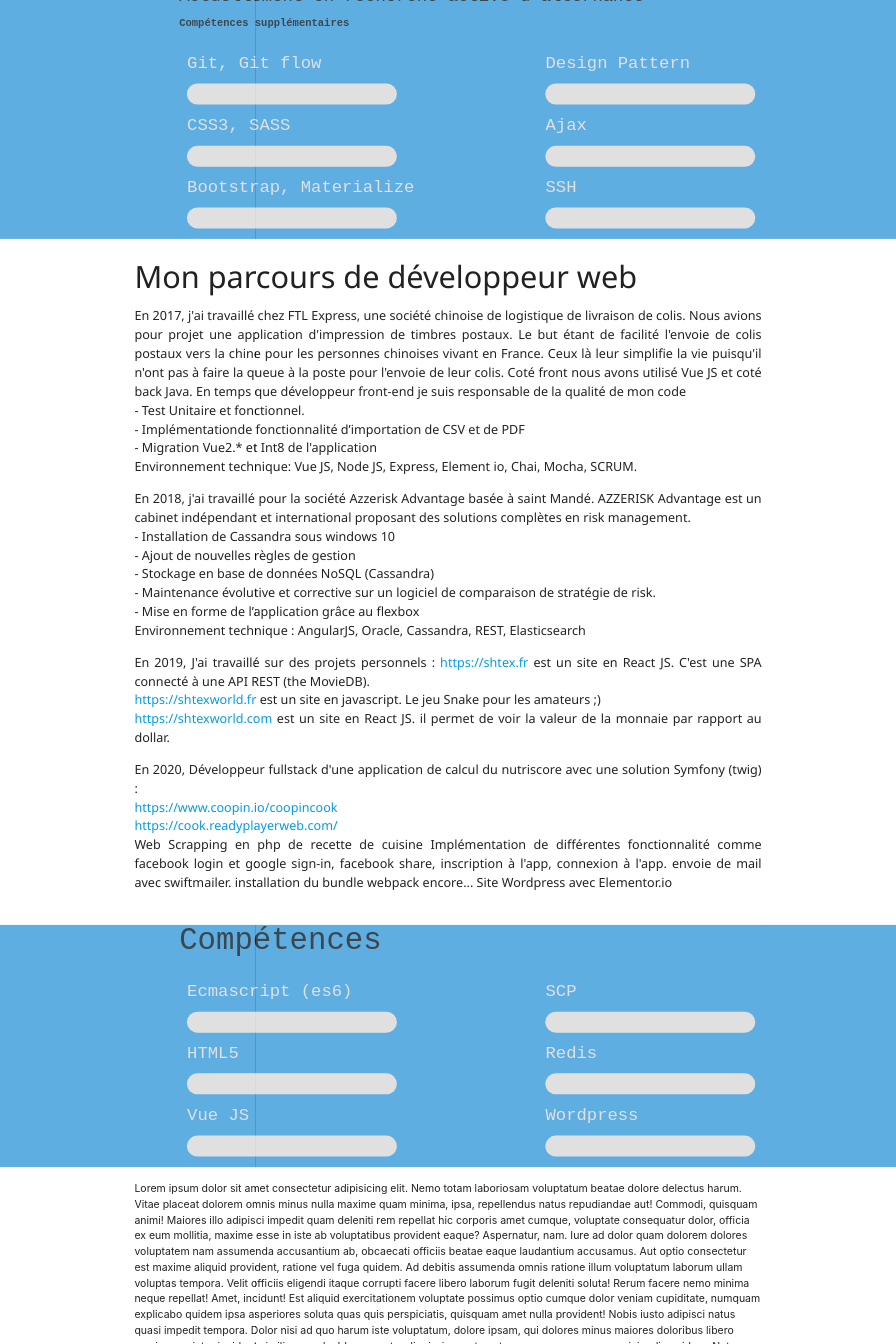
Repository: duncanidaho14/elhad
Page: index.html
These files come from the project's save history. The page is drawn as it stood at one moment and after the next save; the edit follows.
The browser window is 1280 px wide. The pictures show the part of the page from y = 2726 to 4646 px (the page is 5973 px tall), at 70% of full size.

Above is the page before, as saved 2020-10-26 02:23:47.

### index.html
<!DOCTYPE html>
<html lang="fr">
<head>
    <meta charset="UTF-8">
    <meta name="viewport" content="width=device-width, initial-scale=1.0">
    <meta http-equiv="X-UA-Compatible" content="ie=edge">
    <meta name="Description" content="Enter your description here"/>
    <!--Import Google Icon Font-->
    <link href="https://fonts.googleapis.com/icon?family=Material+Icons" rel="stylesheet">
    <!-- Compiled and minified CSS -->
    <link rel="stylesheet" href="https://cdnjs.cloudflare.com/ajax/libs/materialize/1.0.0/css/materialize.min.css">

    <link rel="stylesheet" href="https://cdnjs.cloudflare.com/ajax/libs/font-awesome/5.15.0/css/all.min.css">
    <link rel="stylesheet" href="assets/css/style.css">
    <title>CV Elhadi Beddarem</title>
</head>
<body>


    <header>
        <div class="loader">
            <div class="progress">
                <div class="indeterminate"></div>
            </div>
            <div class="preloader-wrapper big active">
                <div class="spinner-layer spinner-blue-only">
                    <div class="circle-clipper left">
                        <div class="circle"></div>
                    </div>
                    <div class="gap-patch">
                        <div class="circle"></div>
                    </div>
                    <div class="circle-clipper right">
                        <div class="circle"></div>
                    </div>
                </div>
            </div>
            <div class="preloader-wrapper big active">
                <div class="spinner-layer spinner-blue-only">
                    <div class="circle-clipper left">
                        <div class="circle"></div>
                    </div>
                    <div class="gap-patch">
                        <div class="circle"></div>
                    </div>
                    <div class="circle-clipper right">
                        <div class="circle"></div>
                    </div>
                </div>
            </div>
            <div class="pre-loaded">

            </div>
        </div>
        <div class="progress">
            <div class="indeterminate"></div>
        </div>


        <nav>
            <div class="nav-wrapper">
                <a href="#!" class="brand-logo">Logo</a>
                <a href="#" data-target="mobile-demo" class="sidenav-trigger"><i class="material-icons">menu</i></a>
                <ul class="right hide-on-med-and-down">
                    <li><a href="#quisuisje">Qui suis-je ?</a></li>
                    <li><a href="#mestechno">Mes techno</a></li>
                    <li><a href="#parcours">Parcours</a></li>
                    <li><a href="#contact">Contact</a></li>
                </ul>
            </div>
        </nav>

        <ul class="sidenav" id="mobile-demo">
            <li><a href="#quisuisje">Qui suis-je ?</a></li>
            <li><a href="#mestechno">Mes techno</a></li>
            <li><a href="#parcours">Parcours</a></li>
            <li><a href="#contact">Contact</a></li>
        </ul>

        <ul id="slide-out" class="sidenav">
            <li>
                <div class="user-view">
                    <div class="background">
                        <img src="/assets/img/mysql.png" class="circle">
                    </div>
                    <a href="#user"><img class="circle" src="/assets/img/git.png"></a>
                    <a href="#name"><span class="black-text name">Elhadi Beddarem</span></a>
                    <a href="#email"><span class="black-text email">elhadibeddarem@gmail.com</span></a>
                </div>
            </li>
            <li><a href="https://codeintheshell.fr" target="_blank"><i class="material-icons">cloud</i>Autre site : codeintheshell.fr</a></li>
            <li><a href="https://shtex.fr/">Autre site : shtex.fr</a></li>
            <li><a href="http://shtexworld.fr/">Autre site : shtexworld.fr</a></li>
            <li>
                <div class="divider"></div>
            </li>
            <li><a class="subheader">séparateur</a></li>
            <li><a class="waves-effect" href="./assets/img/cvelhadi.pdf" download="cvelhadi">Download CV</a></li>
        </ul>
        <a href="#" data-target="slide-out" class="sidenav-trigger"><i class="material-icons">menu</i></a>
    </header>

    <section class="container-fluid">
        <figure class="row">
            <div class="parallax-container">
                <div class="parallax"><img src="/assets/img/code.jpg"></div>
            </div>
            <div class="section white">
                <div class="row container" id="quisuisje">
                    <h1 class="header">Développeur d'application web et mobile</h1>
                    <p class="grey-text text-darken-3 lighten-3 secondtext">En reconversion professionnelle, autodidacte et passionné.
                        Fort d'une expérience de 4 ans dans le web, j'ai acquis de nombreuses compétences en PHP et JavaScript ...
                    </p>
                    <div class="carousel">
                        <a class="carousel-item" href="#one!"><img src="/assets/img/symfony.png"></a>
                        <a class="carousel-item" href="#two!"><img src="/assets/img/react.png"></a>
                        <a class="carousel-item" href="#three!"><img src="/assets/img/mysql.png"></a>
                        <a class="carousel-item" href="#four!"><img src="/assets/img/git.png"></a>
                        <a class="carousel-item" href="#five!"><img src="/assets/img/javascript.png"></a>
                    </div>
                </div>
            </div>
            <div class="parallax-container">
                <div class="parallax"><img src="/assets/img/code.jpg"></div>
            </div>
        </figure>
    </section>

    <section class="container-fluid section1">
        <article class="row article-progress">
            <div id="mestechno">
                <h2 class="mestechno">Mes Techno</h2>
            </div>
                <div class="col s6">
                    <h5 class="title-five">Symfony</h5>
                    <div class="progress bar up">
                        <div class="determinate symfony" data-done="70">70%</div>
                    </div>
                    <h5 class="title-five">React</h5>
                    <div class="progress bar up">
                        <div class="determinate react" data-done="50">50%</div>
                    </div>
                    <h5 class="title-five">MySQL</h5>
                    <div class="progress bar up">
                        <div class="determinate mysql" data-done="70">70%</div>
                    </div>
                </div>
                <div class="col s6">
                    <h5 class="title-five">PHP</h5>
                    <div class="progress bar up">
                        <div class="determinate php" data-done="70">70%</div>
                    </div>
                    <h5 class="title-five">JavaScript</h5>
                    <div class="progress bar up">
                        <div class="determinate javascript" data-done="70">70%</div>
                    </div>
                    <h5 class="title-five">MongoDB</h5>
                    <div class="progress bar up">
                        <div class="determinate mongodb" data-done="70">70%</div>
                    </div>
                </div>
        </article>
    </section>

    <section class="container citation">
        <article class="row">
            <blockquote>
                <i class="fa fa-quote-left"></i>&nbsp;&nbsp;PME, associations ou particuliers,<br /> je réponds à vos besoins en développement web&nbsp;&nbsp;<i class="fa fa-quote-right"></i>
            </blockquote>
        </article>
    </section>

    <section class="container-fluid section2">
        <article class="row article-progress">
            <h5>Actuellement en recherche active d'alternance</h5>
            <p>Compétences supplémentaires</p>
                <div class="col s6">
                    <h5 class="title-five">Git, Git flow</h5>
                    <div class="progress bar up">
                        <div class="determinate git" data-done="75">75%</div>
                    </div>
                    <h5 class="title-five">CSS3, SASS</h5>
                    <div class="progress bar up">
                        <div class="determinate sass" data-done="70">70%</div>
                    </div>
                    <h5 class="title-five">Bootstrap, Materialize</h5>
                    <div class="progress bar up">
                        <div class="determinate bootstrap" data-done="90">90%</div>
                    </div>
                </div>
                <div class="col s6">
                    <h5 class="title-five">Design Pattern</h5>
                    <div class="progress bar up">
                        <div class="determinate patern" data-done="70">70%</div>
                    </div>
                    <h5 class="title-five">Ajax</h5>
                    <div class="progress bar up">
                        <div class="determinate ajax" data-done="70">70%</div>
                    </div>
                    <h5 class="title-five">SSH</h5>
                    <div class="progress bar up">
                        <div class="determinate ssh" data-done="70">70%</div>
                    </div>
                </div>
        </article>
    </section>
    <section class="container services" id="parcours">
        <article class="row">
            <h3>Mon parcours de développeur web</h3>
            <p>En 2017, j'ai travaillé chez FTL Express, une société chinoise de logistique de livraison de colis.
                Nous avions pour projet une application d'impression de timbres postaux.
                Le but étant de facilité l'envoie de colis postaux vers la chine pour les personnes chinoises vivant en France. Ceux là leur simplifie  la vie puisqu'il n'ont pas
                à faire la queue à la poste pour l'envoie de leur colis.
                Coté front nous avons utilisé Vue JS et coté back Java. En temps que développeur front-end je suis responsable de la qualité de mon code<br>
                - Test Unitaire et fonctionnel.<br>
                - Implémentationde fonctionnalité d’importation de CSV
                et de PDF<br>
                - Migration Vue2.* et Int8 de l'application<br>
                <span>Environnement technique: Vue JS, Node JS, Express,
                Element io, Chai, Mocha, SCRUM.</span>
            </p>

            <p>En 2018, j'ai travaillé pour la société Azzerisk Advantage basée à saint Mandé. AZZERISK Advantage est un cabinet indépendant et international proposant
            des solutions complètes en risk management. <br>
                    -         Installation de Cassandra sous windows 10<br>
                    -         Ajout de nouvelles règles de gestion<br>
                    -         Stockage en base de données NoSQL (Cassandra)<br>
                    -         Maintenance évolutive et corrective sur un logiciel de comparaison de stratégie de risk. <br>
                    -         Mise en forme de l’application grâce au flexbox<br>
                    Environnement technique : AngularJS, Oracle, Cassandra, REST, Elasticsearch
            </p>

            <p>En 2019, J'ai travaillé sur des projets personnels :
                <a href="https://shtex.fr" target="_blank">https://shtex.fr</a> est un site en React JS. C'est une SPA connecté à une API REST (the MovieDB). <br>
                <a href="http://shtexworld.fr" target="_blank">https://shtexworld.fr</a> est un site en javascript. Le jeu Snake pour les amateurs ;)<br>
                <a href="http://shtexworld.com"target="_blank" >https://shtexworld.com</a> est un site en React JS. il permet de voir la valeur de la monnaie par rapport au dollar.<br>
            </p>
            <p>En 2020, Développeur fullstack d'une application de calcul du nutriscore avec une solution Symfony (twig) :
                <br>
                <a href="https://www.coopin.io/coopincook" target="_blank" rel="noopener noreferrer">https://www.coopin.io/coopincook</a>
                <br>
                <a href="https://cook.readyplayerweb.com/" target="_blank" rel="noopener noreferrer">https://cook.readyplayerweb.com/</a>
                <br>
                Web Scrapping en php de recette de cuisine
                Implémentation de différentes fonctionnalité comme
                facebook login et google sign-in, facebook share,
                inscription à l'app, connexion à l'app. envoie de mail avec
                swiftmailer. installation du bundle webpack encore...
                Site Wordpress avec Elementor.io
            </p>
        </article>
    </section>

    <section class="container-fluid section3">
        <article class="row article-progress">
            <h3>Compétences</h3>
            <div class="col s6">
                <h5 class="title-five">Ecmascript (es6)</h5>
                <div class="progress bar up">
                    <div class="determinate ecmascript" data-done="80">80%</div>
                </div>
                <h5 class="title-five">HTML5</h5>
                <div class="progress bar up">
                    <div class="determinate html" data-done="90">90%</div>
                </div>
                <h5 class="title-five">Vue JS</h5>
                <div class="progress bar up">
                    <div class="determinate vue" data-done="50">50%</div>
                </div>
            </div>
            <div class="col s6">
                <h5 class="title-five">SCP</h5>
                <div class="progress bar up">
                    <div class="determinate scp" data-done="70">70%</div>
                </div>
                <h5 class="title-five">Redis</h5>
                <div class="progress bar up">
                    <div class="determinate redis" data-done="50">50%</div>
                </div>
                <h5 class="title-five">Wordpress</h5>
                <div class="progress bar up">
                    <div class="determinate wordpress" data-done="85">85%</div>
                </div>
            </div>
        </article>
    </section>
    <section class="container">
        <article class="row">
            <p>Lorem ipsum dolor sit amet consectetur adipisicing elit. Nemo totam laboriosam voluptatum beatae dolore delectus harum. Vitae placeat dolorem omnis minus nulla maxime quam minima, ipsa, repellendus natus repudiandae aut!
            Commodi, quisquam animi! Maiores illo adipisci impedit quam deleniti rem repellat hic corporis amet cumque, voluptate consequatur dolor, officia ex eum mollitia, maxime esse in iste ab voluptatibus provident eaque?
            Aspernatur, nam. Iure ad dolor quam dolorem dolores voluptatem nam assumenda accusantium ab, obcaecati officiis beatae eaque laudantium accusamus. Aut optio consectetur est maxime aliquid provident, ratione vel fuga quidem.
            Ad debitis assumenda omnis ratione illum voluptatum laborum ullam voluptas tempora. Velit officiis eligendi itaque corrupti facere libero laborum fugit deleniti soluta! Rerum facere nemo minima neque repellat! Amet, incidunt!
            Est aliquid exercitationem voluptate possimus optio cumque dolor veniam cupiditate, numquam explicabo quidem ipsa asperiores soluta quas quis perspiciatis, quisquam amet nulla provident! Nobis iusto adipisci natus quasi impedit tempora.
            Dolor nisi ad quo harum iste voluptatum, dolore ipsam, qui dolores minus maiores doloribus libero maxime pariatur incidunt similique unde. Id aspernatur dignissimos ut nostrum magnam saepe ea reiciendis quidem.
            Natus adipisci dolor voluptates consequuntur suscipit deleniti ducimus ea reprehenderit provident est laboriosam ratione iure quam eum doloribus consectetur tempora, aliquam modi et, sint facere impedit sunt facilis. Deleniti, excepturi!
            Hic, nam fugiat totam facere vel culpa sint possimus, vitae explicabo cumque libero nesciunt quod illum. Commodi est in magnam deleniti eaque nisi id possimus labore, quas voluptas neque animi?
            Fugiat perferendis fugit ea accusamus accusantium vero placeat deserunt ipsam facilis similique iste quidem asperiores amet quibusdam natus dolor, et blanditiis nobis dolorem? Nobis ab quae unde ipsam, magni ad!
            Totam delectus minima iure eaque ex nesciunt maxime modi impedit adipisci non rem ullam, nemo rerum cum possimus odio autem eum asperiores, aperiam recusandae nostrum expedita. Dolor quasi iure fugit!</p>
        </article>
    </section>

    <hr>

    <div class="container sectioncontact">
        <div class="section">

            <!--   Icon Section   -->
            <div class="row">
                <div class="col s12 m4">
                    <div class="icon-block">
                        <h2 class="center light-blue-text"><i class="material-icons">flash_on</i></h2>
                        <h5 class="center">Speeds up development</h5>

                        <p class="light">We did most of the heavy lifting for you to provide a default stylings that incorporate our custom components. Additionally, we refined animations and transitions to provide a smoother experience for developers.</p>
                    </div>
                </div>

                <div class="col s12 m4">
                    <div class="icon-block">
                        <h2 class="center light-blue-text"><i class="material-icons">group</i></h2>
                        <h5 class="center">User Experience Focused</h5>

                        <p class="light">By utilizing elements and principles of Material Design, we were able to create a framework that incorporates components and animations that provide more feedback to users. Additionally, a single underlying responsive system across all platforms allow for a more unified user experience.</p>
                    </div>
                </div>

                <div class="col s12 m4">
                    <div class="icon-block">
                        <h2 class="center light-blue-text"><i class="material-icons">settings</i></h2>
                        <h5 class="center">Easy to work with</h5>

                        <p class="light">We have provided detailed documentation as well as specific code examples to help new users get started. We are also always open to feedback and can answer any questions a user may have about Materialize.</p>
                    </div>
                </div>
            </div>


            <section class="container">
                <article class="row">
                    <a href="mailto:elhadibeddarem@gmail.com">Envoyer un email à Elhadi</a>
                </article>
                <aside class="aside">
                    <p>
                        Lorem ipsum dolor sit amet, consectetur adipisicing elit. Officia provident enim molestias distinctio aperiam incidunt quibusdam tenetur porro iure.
                        Sit a molestias temporibus error beatae voluptatum ipsum perferendis fugiat minima?Cumque ipsa error, maxime dolorum, quaerat obcaecati exercitationem
                        officia ex placeat molestias eum inventore deleniti sunt. Ab earum ipsam dicta eum at assumenda similique nam. Obcaecati ullam necessitatibus veniam eius!
                    </p>
                </aside>
            </section>
        </div>
        <br><br>
    </div>
    <footer class="page-footer">
        <div class="container">
            <div class="row">
                <div class="col l6 s12">
                    <h5 class="white-text">Footer Content</h5>
                    <p class="grey-text text-lighten-4">You can use rows and columns here to organize your footer content.</p>
                </div>
                <div class="col l4 offset-l2 s12">
                    <h5 class="white-text">Links</h5>
                    <ul>
                        <li><a class="grey-text text-lighten-3" href="https://codeintheshell.fr" target="_blank">https://codeintheshell.fr</a></li>
                        <li><a class="grey-text text-lighten-3" href="#!">Link 2</a></li>
                        <li><a class="grey-text text-lighten-3" href="#!">Link 3</a></li>
                        <li><a class="grey-text text-lighten-3" href="#!">Link 4</a></li>
                    </ul>
                </div>
            </div>
        </div>
        <div class="footer-copyright">
            <div class="container">
            © 2020 Copyright Kirua
            <a class="grey-text text-lighten-4 right" href="#!">More Links</a>
            </div>
        </div>
    </footer>

<script src="https://cdnjs.cloudflare.com/ajax/libs/jquery/3.5.1/jquery.min.js"></script>
<script src="https://cdnjs.cloudflare.com/ajax/libs/popper.js/1.16.1/umd/popper.min.js"></script>
<!-- Compiled and minified JavaScript -->
<script src="https://cdnjs.cloudflare.com/ajax/libs/materialize/1.0.0/js/materialize.min.js"></script>
<script src="assets/js/index.js"></script>
</body>
</html>

Loaded but not shown: assets/js/index.js (112 lines, source omitted); assets/css/style.css (138 lines, source omitted)

After the next save:
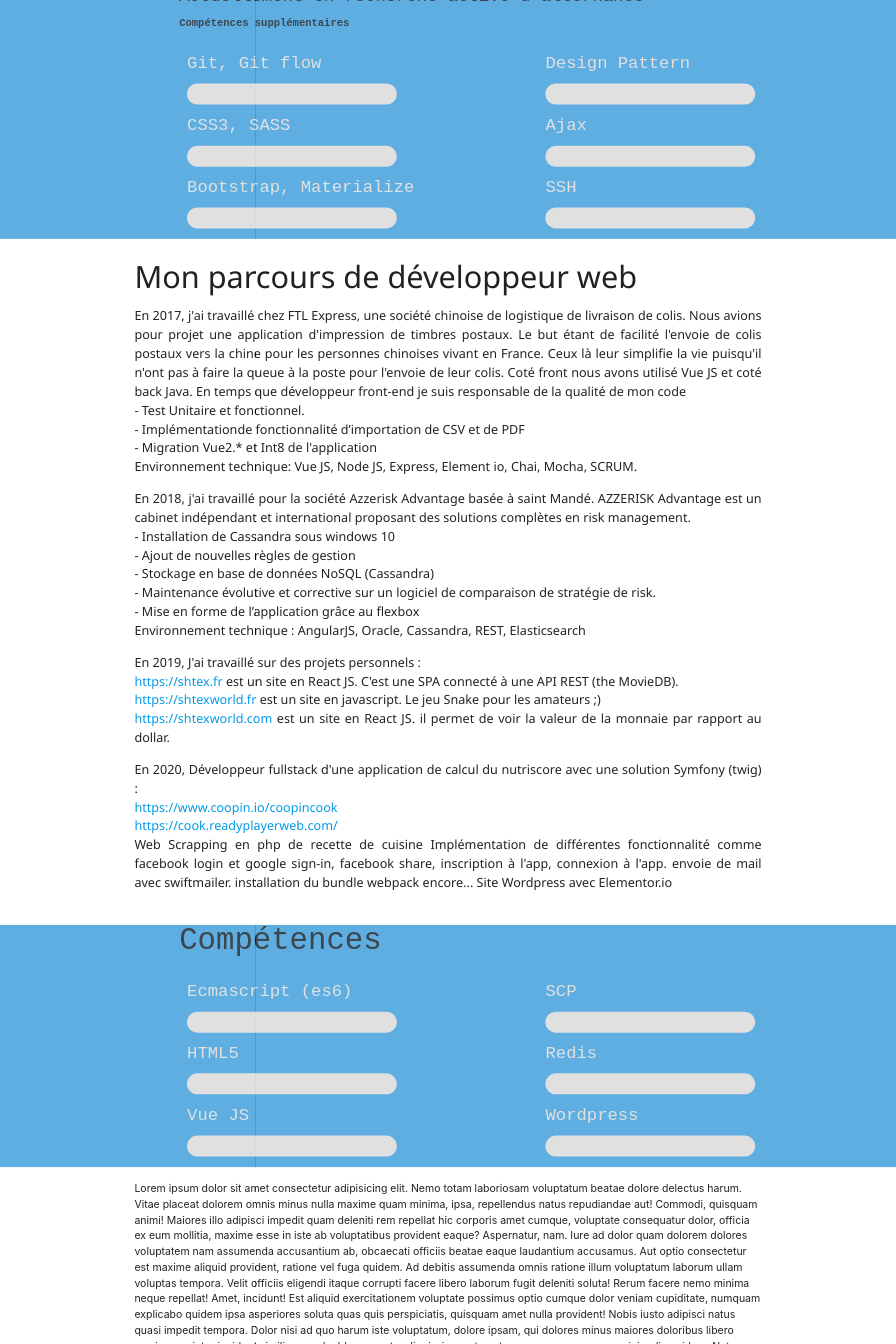
Saved 7 h 54 min later.
--- a/index.html
+++ b/index.html
@@ -230,7 +230,7 @@
                     Environnement technique : AngularJS, Oracle, Cassandra, REST, Elasticsearch
             </p>
 
-            <p>En 2019, J'ai travaillé sur des projets personnels :
+            <p>En 2019, J'ai travaillé sur des projets personnels : <br>
                 <a href="https://shtex.fr" target="_blank">https://shtex.fr</a> est un site en React JS. C'est une SPA connecté à une API REST (the MovieDB). <br>
                 <a href="http://shtexworld.fr" target="_blank">https://shtexworld.fr</a> est un site en javascript. Le jeu Snake pour les amateurs ;)<br>
                 <a href="http://shtexworld.com"target="_blank" >https://shtexworld.com</a> est un site en React JS. il permet de voir la valeur de la monnaie par rapport au dollar.<br>
